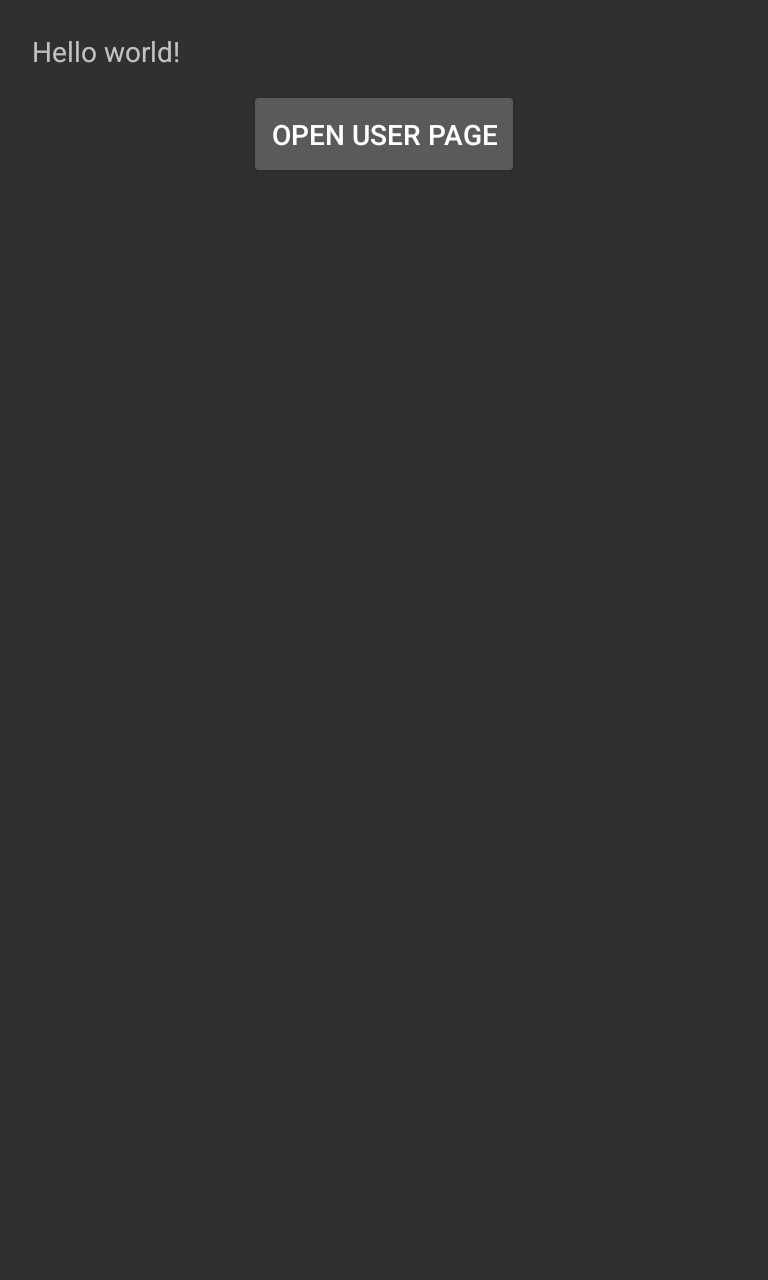
Repository: mberenguerascampi/github_app
Layout: GitHubApp/res/layout/activity_user_detail.xml
These files come from the project's save history. The layout is drawn as it stood at one moment and after the next save; the edit follows.
It is drawn on a 768 x 1280 px phone screen (xhdpi) without system bars, with theme Theme.AppCompat; the app's code is not run.

Above is the layout before, as saved 2014-12-25 17:17:47.

### GitHubApp/res/layout/activity_user_detail.xml
<RelativeLayout xmlns:android="http://schemas.android.com/apk/res/android"
    xmlns:tools="http://schemas.android.com/tools"
    android:layout_width="match_parent"
    android:layout_height="match_parent"
    android:paddingBottom="@dimen/activity_vertical_margin"
    android:paddingLeft="@dimen/activity_horizontal_margin"
    android:paddingRight="@dimen/activity_horizontal_margin"
    android:paddingTop="@dimen/activity_vertical_margin"
    tools:context="mbc.com.githubapp.activities.UserDetailActivity" >

    <TextView
        android:id="@+id/score_textview"
        android:layout_width="wrap_content"
        android:layout_height="wrap_content"
        android:text="@string/hello_world" />

    <Button
        android:id="@+id/open_button"
        android:layout_below="@+id/score_textview"
        android:layout_width="wrap_content"
        android:layout_height="wrap_content"
        android:layout_marginTop="8dip"
        android:text="@string/open_user_page_text"
        android:layout_centerInParent="true"
        android:gravity="center_vertical|center_horizontal"
        />

</RelativeLayout>

### GitHubApp/res/values/strings.xml
<?xml version="1.0" encoding="utf-8"?>
<resources>

    <string name="app_name">GitHubApp</string>
    <string name="title_activity_splash">SplashActivity</string>
    <string name="hello_world">Hello world!</string>
    <string name="action_settings">Settings</string>
    <string name="title_activity_main">Search GitHub Users</string>

    <!-- SPLASH -->
    <string name="splash_text">GitHubApp</string>

    <!-- MAIN ACTIVITY -->
    <string name="search_user_text">User: </string>
    <string name="search_user_hint">Type a user</string>
    <string name="search_button_text">Search</string>
    <string name="title_activity_user_detail">UserDetailActivity</string>

    <!-- USER DETAIL ACTIVITY -->
    <string name="open_user_page_text">Open user page</string>

</resources>

Loaded but not shown: GitHubApp/res/values/dimens.xml (common file); GitHubApp/res/values-w820dp/dimens.xml (common file)

After the next save:
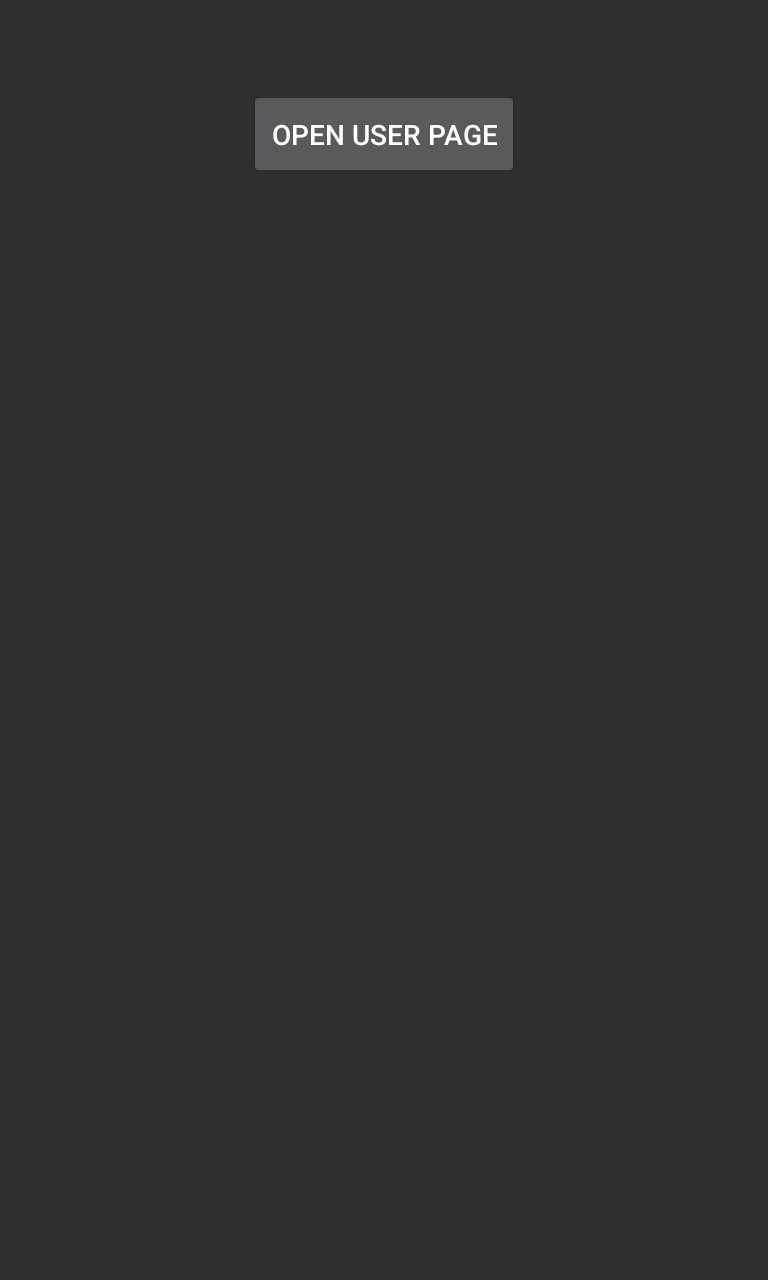
Saved 13 s later.
--- a/GitHubApp/res/layout/activity_user_detail.xml
+++ b/GitHubApp/res/layout/activity_user_detail.xml
@@ -12,7 +12,7 @@
         android:id="@+id/score_textview"
         android:layout_width="wrap_content"
         android:layout_height="wrap_content"
-        android:text="@string/hello_world" />
+     />
 
     <Button
         android:id="@+id/open_button"
